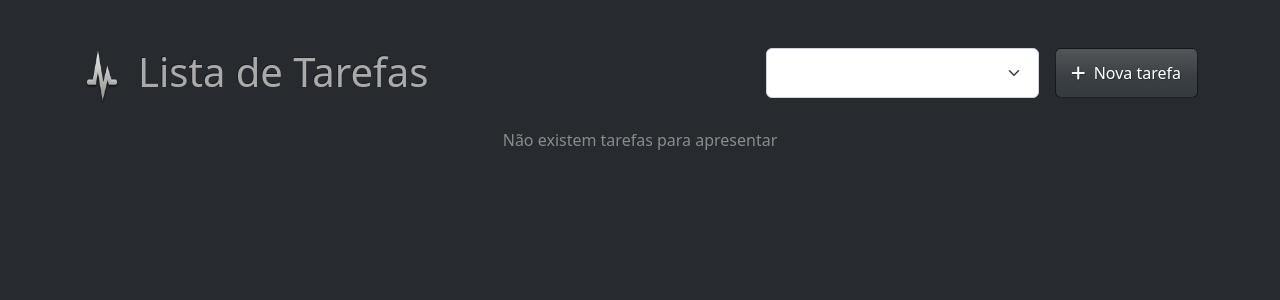
Repository: cargugati/lista_tarefas
Page: frontEnd/index.html
These files come from the project's save history. The page is drawn as it stood at one moment and after the next save; the edit follows.
The browser window is 1280 px wide. The pictures show the whole page.

Above is the page before, as saved 2023-03-18 20:26:10.

### frontEnd/index.html
<!DOCTYPE html>
<html lang="pt-br">

<head>
  <meta charset="UTF-8">
  <meta http-equiv="X-UA-Compatible" content="IE=edge">
  <meta name="viewport" content="width=device-width, initial-scale=1.0">
  <title>Lista de Tarefas</title>
  <link rel="stylesheet" href="./assets/css/bootstrap.min.css">
  <link rel="stylesheet" href="./assets/fontawesome/css/all.min.css">
  <link rel="shortcut icon" href="./assets/images/favicon.png" type="image/png">
</head>

<body>
  <div class="container my-5">

    <!-- cabeçalho -->
    <div class="row mb-4">
      <div class="col">
        <div class="d-flex justify-content-start">
          <img src="./assets/images/favicon.png" alt="Logo" class="img-fluid me-3" width="40px">
          <h1>Lista de Tarefas</h1>
        </div>

      </div>
      <div class="col text-end">
        <div class="d-flex justify-content-end">
          <select id="select_filter" class="form-select w-50 me-3">
            <option value=""></option>
            <option value="1">1</option>
          </select>
          <a href="new_task.html" class="btn btn-primary"><i class="fa-solid fa-plus me-2"></i>Nova tarefa</a>
        </div>
      </div>
    </div>

    <!-- aspecto visual de uma tarefa -->

    <!-- sem tarefa -->
    <div class="row " id="no_tasks">
      <div class="col text-center">
        <span class="opacity-75">Não existem tarefas para apresentar</span>
      </div>
    </div>
  </div>


  <script src="./assets/js/bootstrap.bundle.min.js"></script>
</body>

</html>

Loaded but not shown: frontEnd/assets/css/bootstrap.min.css (library); frontEnd/assets/fontawesome/css/all.min.css (library); frontEnd/assets/js/bootstrap.bundle.min.js (library)

After the next save:
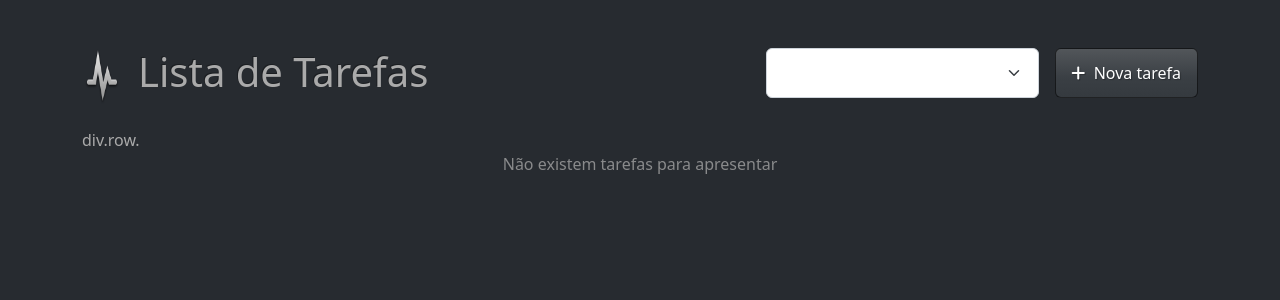
Saved 17 s later.
--- a/frontEnd/index.html
+++ b/frontEnd/index.html
@@ -35,6 +35,7 @@
     </div>
 
     <!-- aspecto visual de uma tarefa -->
+    div.row.
 
     <!-- sem tarefa -->
     <div class="row " id="no_tasks">
